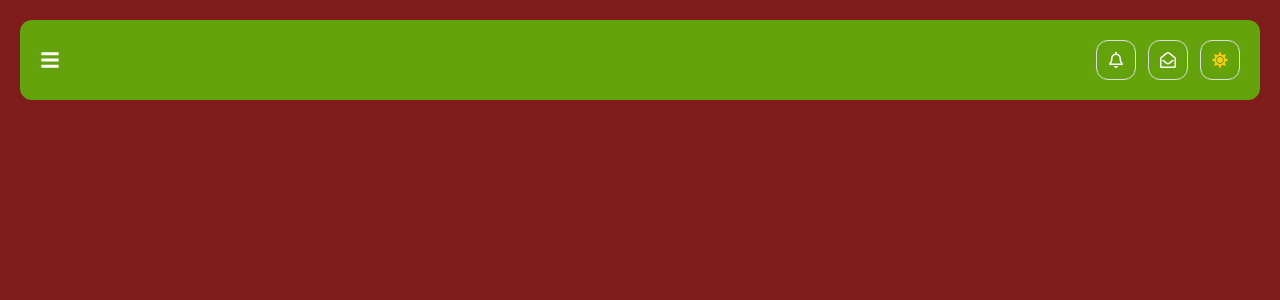
Repository: farrelmuhammad/redesign-bo
Page: /
The author's editor kept a copy of each file at every save. The page is drawn from the files as they stood at one save, then again after the next save.
The browser window is 1280 px wide. The pictures show the whole page.
The project was rebuilt for these pictures with package versions that can differ from the ones it lists, and the page was loaded fresh each time. Also part of the build but not shown: src/App.css.

Above is the page before, as saved 2024-03-02 19:07:28.

After the next save:
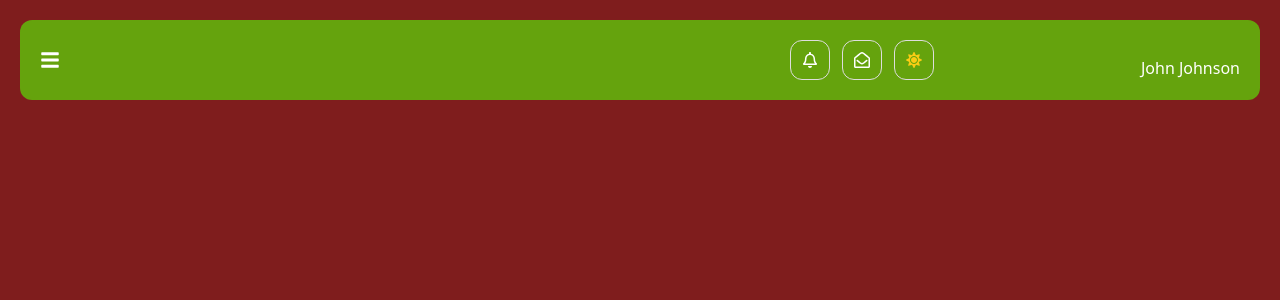
Saved 33 s later.
--- a/src/components/Navbar.tsx
+++ b/src/components/Navbar.tsx
@@ -22,6 +22,11 @@ const Navbar = () => {
                         {/* <FaMoon className='text-yellow-400' /> */}
                     </button>
                 </div>
+                <div className="flex flex-1 flex-row gap-3 justify-end items-end">
+                    <button>
+                        John Johnson
+                    </button>
+                </div>
             </div>
         </nav>
     )
